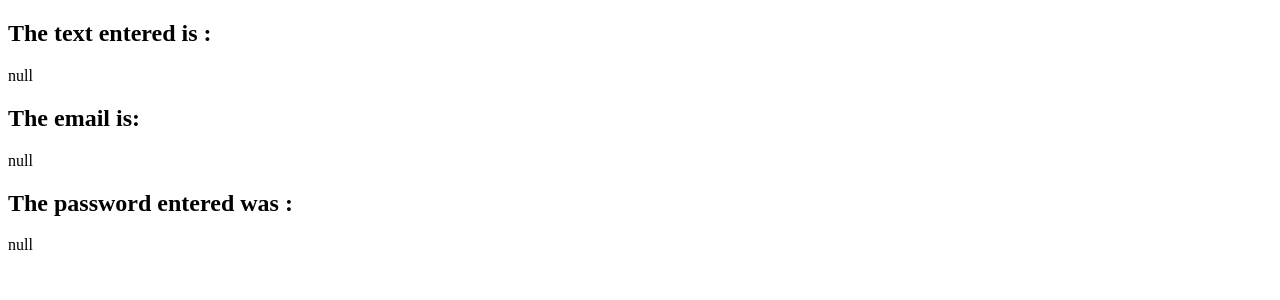
Repository: sujay1995/ajplabs
Page: http://localhost/lab8/Paramfwd.jsp
An editor plug-in stored every save of this project. The page is shown before and after the next save, followed by the edit.
The browser window is 1280 px wide. The pictures show the whole page.
The page is served by Tomcat 9.

Above is the page before, as saved 2019-10-16 08:44:03.

### lab8/WebContent/Paramfwd.jsp
<%@ page language="java" contentType="text/html; charset=UTF-8"
    pageEncoding="UTF-8"%>
<!DOCTYPE html>
<html>
<head>
<meta charset="UTF-8">
<title>Insert title here</title>
</head>
<body>
 <% String val = request.getParameter("testParam");
 String email=request.getParameter("email");
 String pwd = request.getParameter("pwd");
 %>
    </body>

    <h2>The text entered is : </h2><%=val%>
    <h2>The email is: </h2><%=email %>
    <h2>The password entered was :</h2><%=pwd%>
</body>
</html>

After the next save:
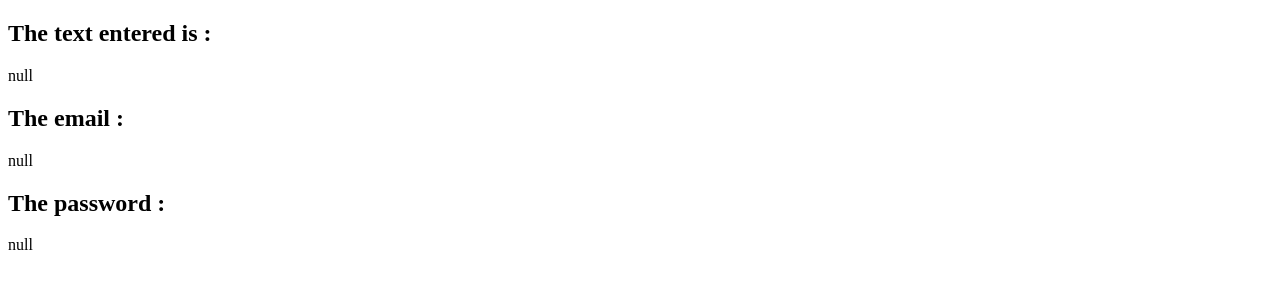
Saved 7 s later.
--- a/lab8/WebContent/Paramfwd.jsp
+++ b/lab8/WebContent/Paramfwd.jsp
@@ -14,7 +14,7 @@
     </body>
 
     <h2>The text entered is : </h2><%=val%>
-    <h2>The email is: </h2><%=email %>
-    <h2>The password entered was :</h2><%=pwd%>
+    <h2>The email : </h2><%=email %>
+    <h2>The password  :</h2><%=pwd%>
 </body>
 </html>
